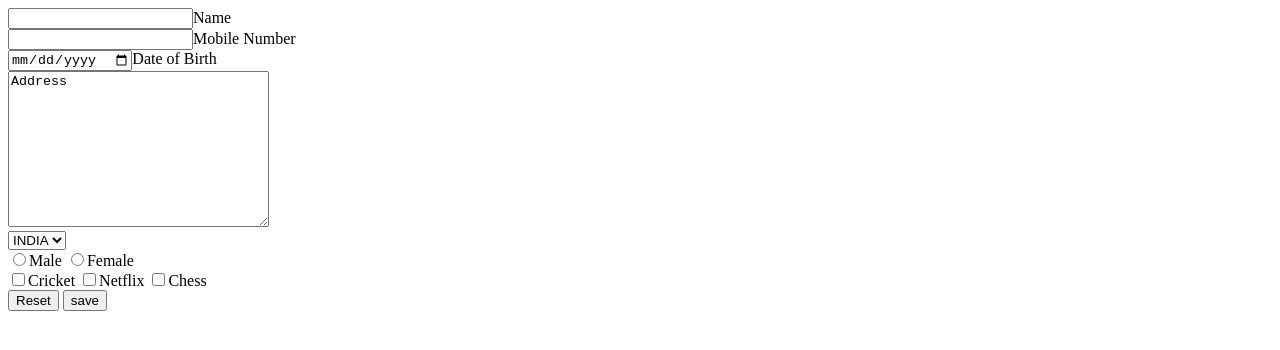
Repository: mannu343/project
Page: student/src/main/webapp/student.html
These files come from the project's save history. The page is drawn as it stood at one moment and after the next save; the edit follows.
The browser window is 1280 px wide. The pictures show the whole page.

Above is the page before, as saved 2023-01-31 17:24:40.

### student/src/main/webapp/student.html
<!DOCTYPE html>
<html>
<head>
<meta charset="ISO-8859-1">
<title>Insert title here</title>
</head>
<body>
<form action="save">
<input name="name" type="text">Name <br>
<input name="mob" type="number">Mobile Number <br>
<input name="dob" type="date">Date of Birth <br>
<textarea name="ads" rows="10" cols="30">Address</textarea><br>
<select name="Contry">
<option value="INDIA">INDIA</option>
<option value="BAN">BAN</option>
<option value="PAK">PAK</option>
</select><br>
<input name="gen" type="radio" value="Male">Male
<input name="gen" type="radio" value="Female">Female <br>
<input type="checkbox" name="hobies" value="Cricket">Cricket
<input type="checkbox" name="hobies" value="Netflix">Netflix
<input type="checkbox" name="hobies" value="Chess">Chess <br>


<input type="reset">
<button>save</button>


</form>

</body>
</html>

After the next save:
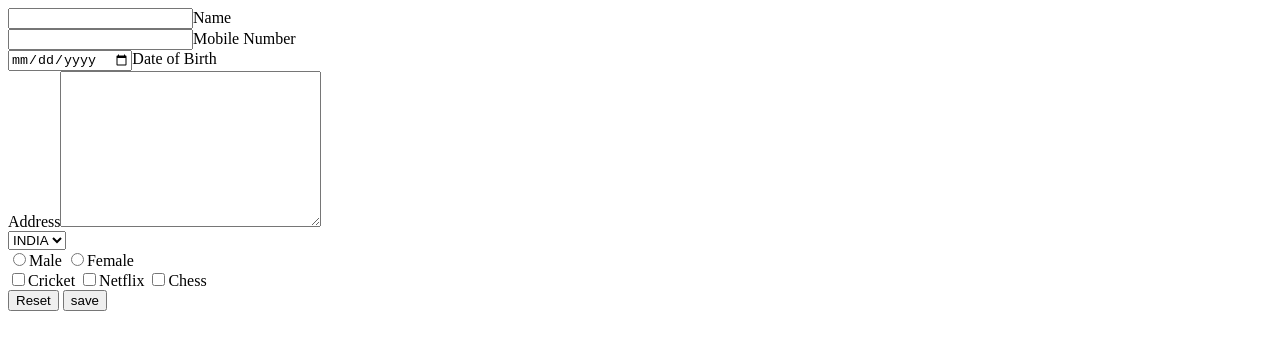
Saved 42 s later.
--- a/student/src/main/webapp/student.html
+++ b/student/src/main/webapp/student.html
@@ -9,7 +9,7 @@
 <input name="name" type="text">Name <br>
 <input name="mob" type="number">Mobile Number <br>
 <input name="dob" type="date">Date of Birth <br>
-<textarea name="ads" rows="10" cols="30">Address</textarea><br>
+Address<textarea name="ads" rows="10" cols="30"></textarea><br>
 <select name="Contry">
 <option value="INDIA">INDIA</option>
 <option value="BAN">BAN</option>
